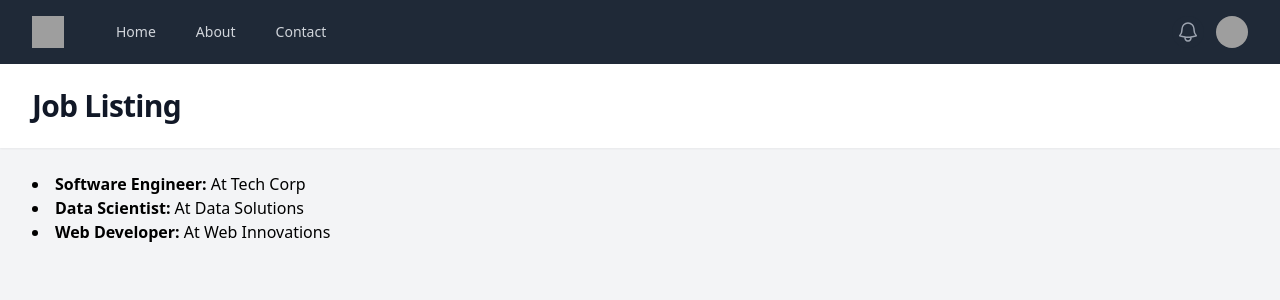
Repository: mennaabdelelhady/30-Days-to-Learn-Laravel
Page: http://localhost/jobs
The author's editor kept a copy of each file at every save. The page is drawn from the files as they stood at one save, then again after the next save.
The browser window is 1280 px wide. The pictures show the whole page.
Pictures or frames that could not be fetched are drawn as grey boxes. Some web libraries are served in a nearby version. The page is served by the project's Laravel application, run on PHP 8.4 with Laravel 12.

Above is the page before, as saved 2025-07-09 12:25:14.

After the next save:
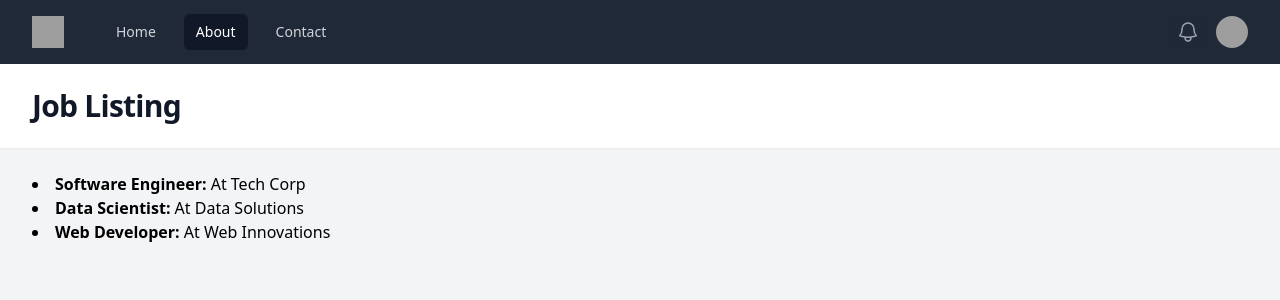
Saved 76 s later.
--- a/resources/views/components/layout.blade.php
+++ b/resources/views/components/layout.blade.php
@@ -23,7 +23,7 @@
                             <div class="ml-10 flex items-baseline space-x-4">
                                 <!-- Current: "bg-gray-900 text-white", Default: "text-gray-300 hover:bg-gray-700 hover:text-white" -->
                                 <x-nav-link href="/home" :active="request()->is('home')">Home</x-nav-link>
-                                <x-nav-link href="/about" :active="request()->is('about')">About</x-nav-link>
+                                <x-nav-link href="/jobs" :active="request()->is('jobs')">About</x-nav-link>
                                 <x-nav-link href="/contact" :active="request()->is('contact')" type="button">Contact</x-nav-link>
                             </div>
                         </div>
